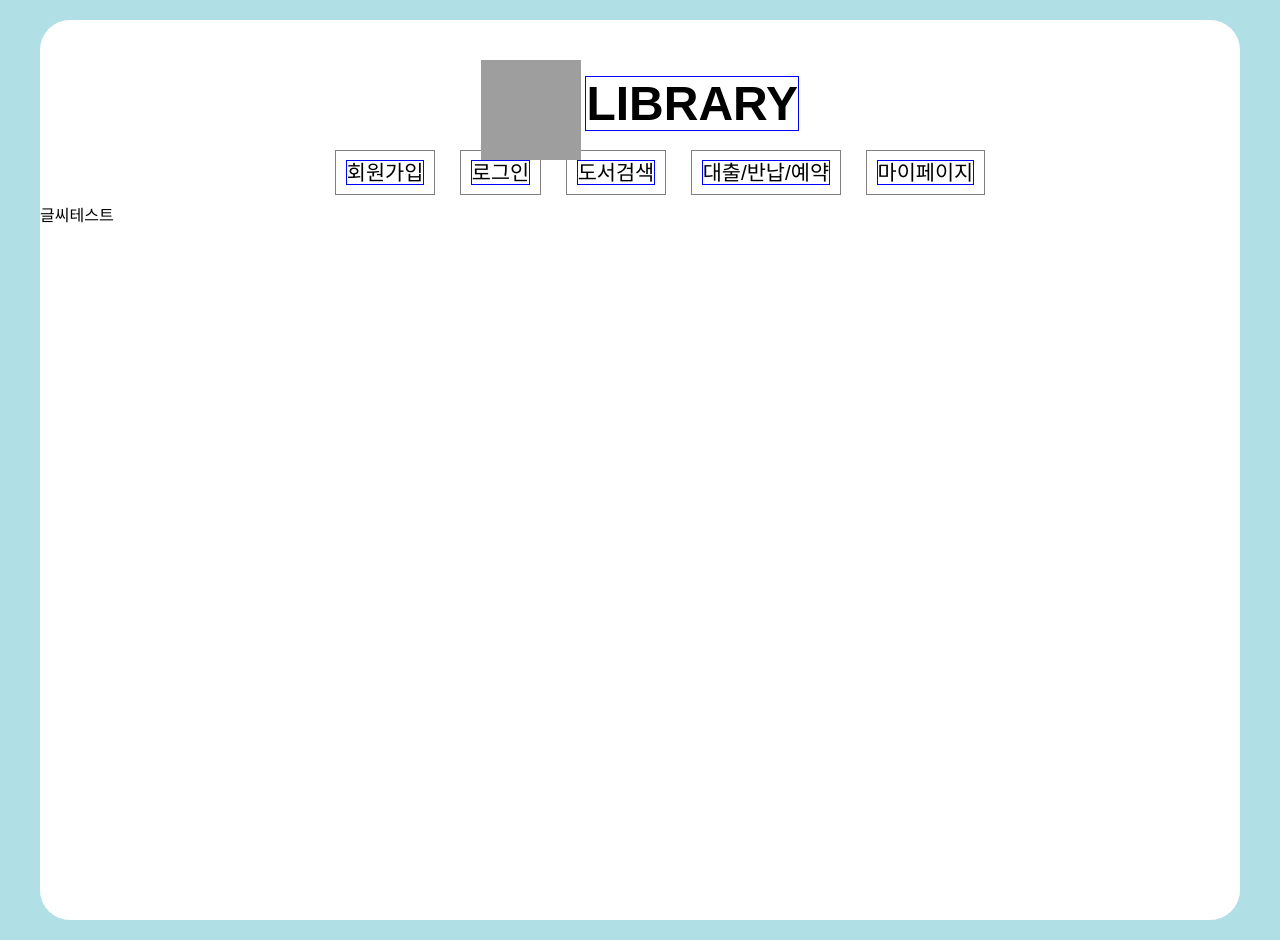
Repository: 753kg/753kg.github.io
Page: KOSTA/webProject/WebContent/project_library/index.html
The author's editor kept a copy of each file at every save. The page is drawn from the files as they stood at one save, then again after the next save.
The browser window is 1280 px wide. The pictures show the whole page.
Pictures or frames that could not be fetched are drawn as grey boxes. Some web fonts or font styles are not loaded; a fallback is used.

Above is the page before, as saved 2021-04-01 08:11:34.

### KOSTA/webProject/WebContent/project_library/index.html
<!DOCTYPE html>
<html>
<head>
<meta charset="UTF-8">
<title>Library</title>
<link rel="stylesheet" type="text/css" href="css/index.css">


</head>
<body>
<main>


  <header>
    <img alt="library icon" src="images/noun_Library_3259384.png">
    <h1><a href="index.html">LIBRARY</a></h1>
  </header>

  <nav>
    <ul>
      <li><a href="signup.html">회원가입</a></li>
      <li><a href="login.html">로그인</a></li>
      <li><a href="#">도서검색</a></li>
      <li><a href="#">대출/반납/예약</a></li>
      <li><a href="#">마이페이지</a></li>
    </ul>
  </nav>

  <section>
  	<p>글씨테스트</p>
  </section>
</main>
</body>
</html>

### KOSTA/webProject/WebContent/project_library/css/index.css
@import url('https://fonts.googleapis.com/css2?family=Nanum+Gothic&display=swap');

body {
  /* border:5px solid powderblue; */
  font-family: 'Nanum Gothic', sans-serif;
  background-color: powderblue;
}

main {
	display:block;
	width:1200px;
	height: 900px;
	background-color: white;
	border-radius: 30px;
	margin:20px auto;
}

header {
  	/* border:5px solid gray; */
  	/* background-color: powderblue;  */
  	text-align: center;
  	height: 120px;
}


 h1 {
  	display: inline-block;
  	/* border:1px solid gray; */
  	font-size: 3em;
}

img {
	width:100px;
	height:100px;
  	/* display: inline-block; */
	/* border:1px solid gray; */
	position: relative;
	top:40px;
}

nav{
 	text-align: center;
 	/* border:2px solid lightgray;
 	border-top-color: lightgray;
 	border-bottom-color: lightgray;
 	border-right-style: none;
 	border-left-style: none; */
 	padding:0px 30px;
}

ul {
  	list-style-type: none;
}

li {
	border:1px solid gray;
	display: inline;
	text-align: justify;
	padding: 10px;
	margin: 0px 10px;
	font-size: 1.3em;
}

nav a:hover{
  	color: powderblue ;
}

a {
	  text-decoration: none;
	  color: black;
	  border:1px solid blue;
}

header a {
  	color: black;
}

After the next save:
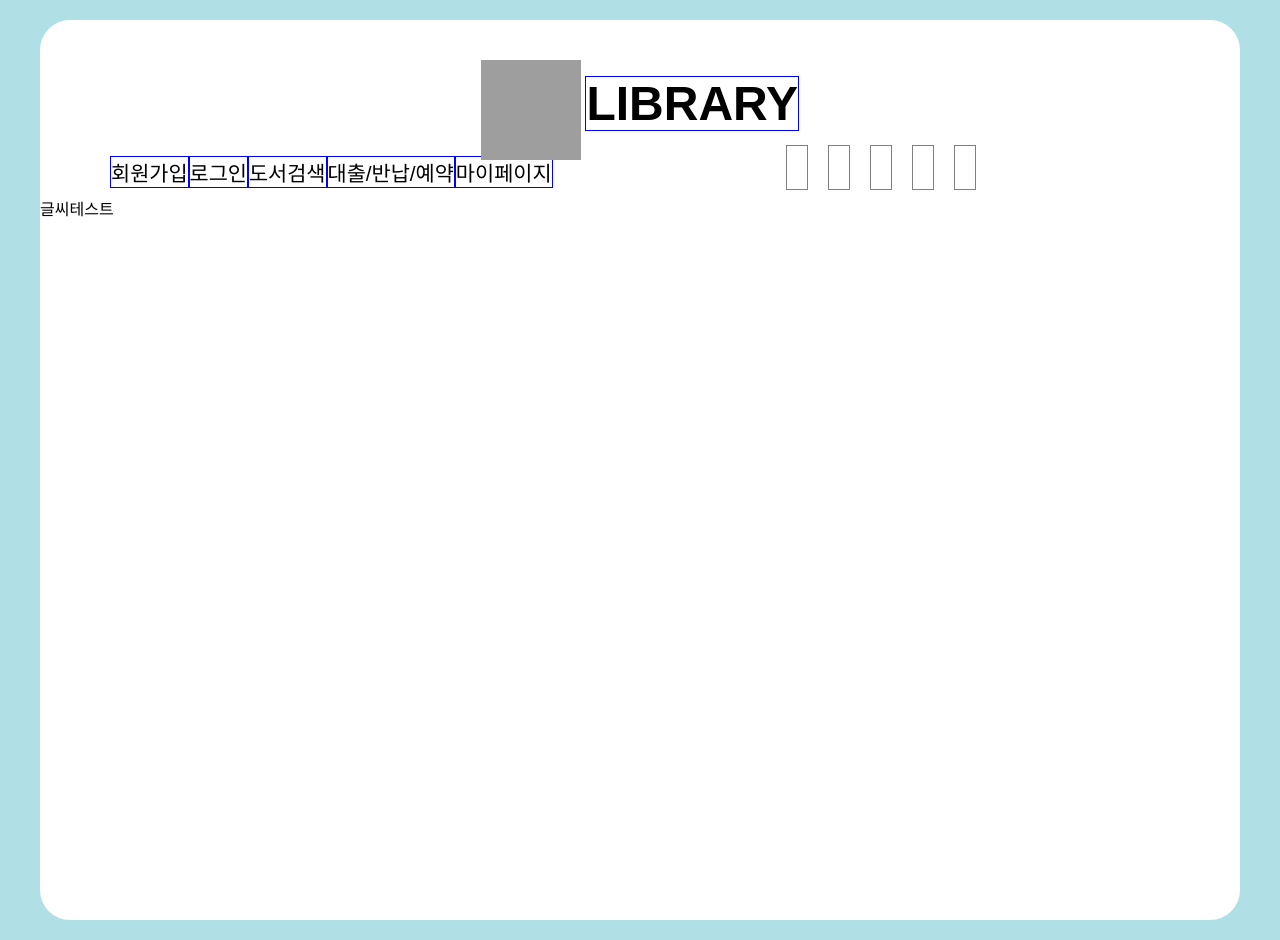
Saved 52 s later.
--- a/KOSTA/webProject/WebContent/project_library/css/index.css
+++ b/KOSTA/webProject/WebContent/project_library/css/index.css
@@ -71,6 +71,10 @@ a {
 	  border:1px solid blue;
 }
 
+nav a{
+	float: left;
+}
+
 header a {
   	color: black;
 }
